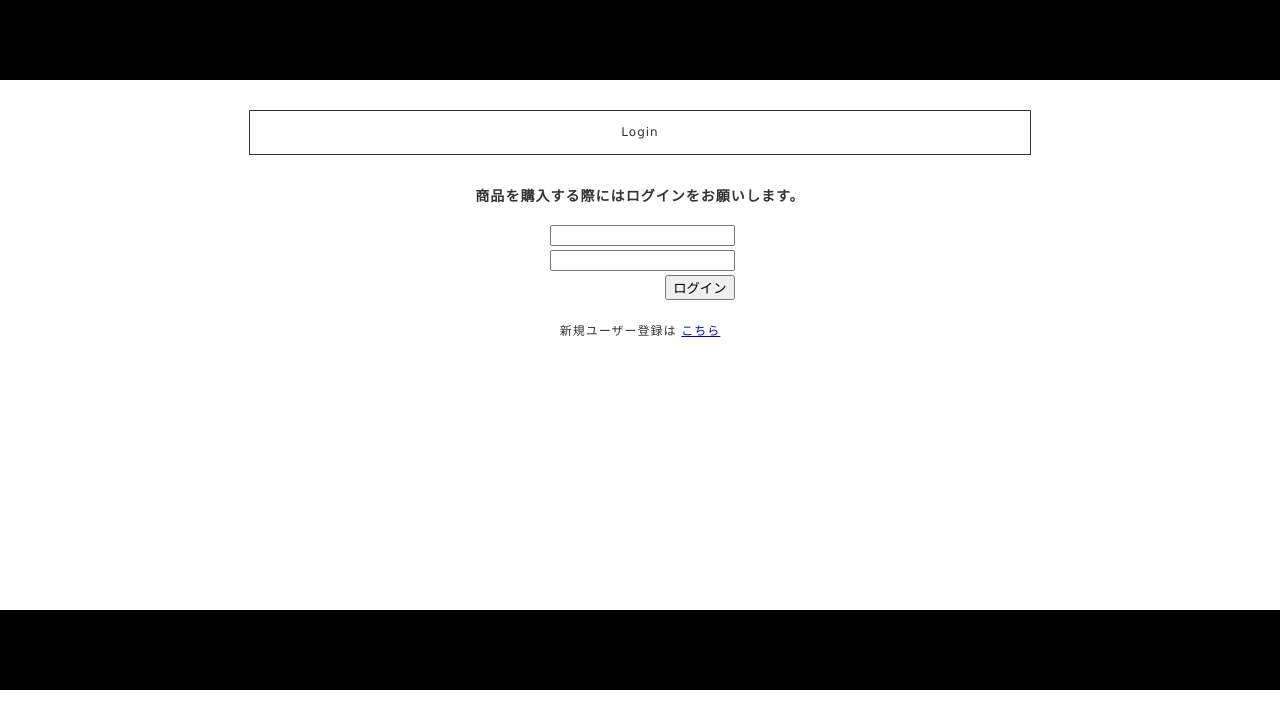
Repository: nyanya02/EC.Login1
Page: http://localhost/template/HomeAction.action
These files come from the project's save history. The page is drawn as it stood at one moment and after the next save; the edit follows.
The browser window is 1280 px wide. The pictures show the whole page.
The page is served by Tomcat 9. Other server files are loaded and not shown.

Above is the page before, as saved 2018-04-23 10:46:59.

### template/WebContent/login.jsp
<%@ page language="java" contentType="text/html; charset=UTF-8"
    pageEncoding="UTF-8"%>
<%@ taglib prefix="s" uri="/struts-tags" %>
<!DOCTYPE html>
<html>
<head>
<meta http-equiv="Content-Type" content="text/html; charset=UTF-8"/>
<meta http-equiv="Content-Style=Type" content="text/css"/>
<meta http-equiv="Content-Script-Type" content="text/javascript"/>
<meta http-equiv="imagetoolbar" content="no"/>
<meta name="description" content=""/>
<meta name="keywords" content=""/>
<title>Login画面</title>

<style type="text/css">
/*====TAG LAYOUT====*/
body{
margin:0;
padding:0;
line-height:1.6;
letter-spacing:1px;
font-family:Verdana,Helvetica,sans-serif;
font-size:12px;
color:#333;
background:#fff;
}

table{
text-align:center;
margin:0 auto;
}

/*====ID LAYOUT====*/
#top{
width:780px;
margin:30px auto;
border:1px solid #333;
}

#header{
width:100%;
height:80px;
background-color:black;
}

#main{
width:100%;
height:500px;
text-align:center;
}

#footer{
width:100%;
height:80px;
background-color:black;
clear:both;
}

</style>
</head>
<body>

	<div id="header">
		<div id="pr"></div>
	</div>

	<div id="main">
		<div id="top">
			<p>Login</p>
		</div>
		<div>
			<h3>商品を購入する際にはログインをお願いします。</h3>
			<s:form action="LoginAction">
				<s:textfield name="loginUserId"/>
				<s:password name="loginPassword"/>
				<s:submit value="ログイン"/>
			</s:form>

			<br/>

			<div>
				<span>新規ユーザー登録は
					<a href='<s:url action="UserCreateAction"/>'>こちら</a>
				</span>
			</div>
		</div>
	</div>

	<div id="footer">
		<div id="pr"></div>
	</div>

</body>
</html>

After the next save:
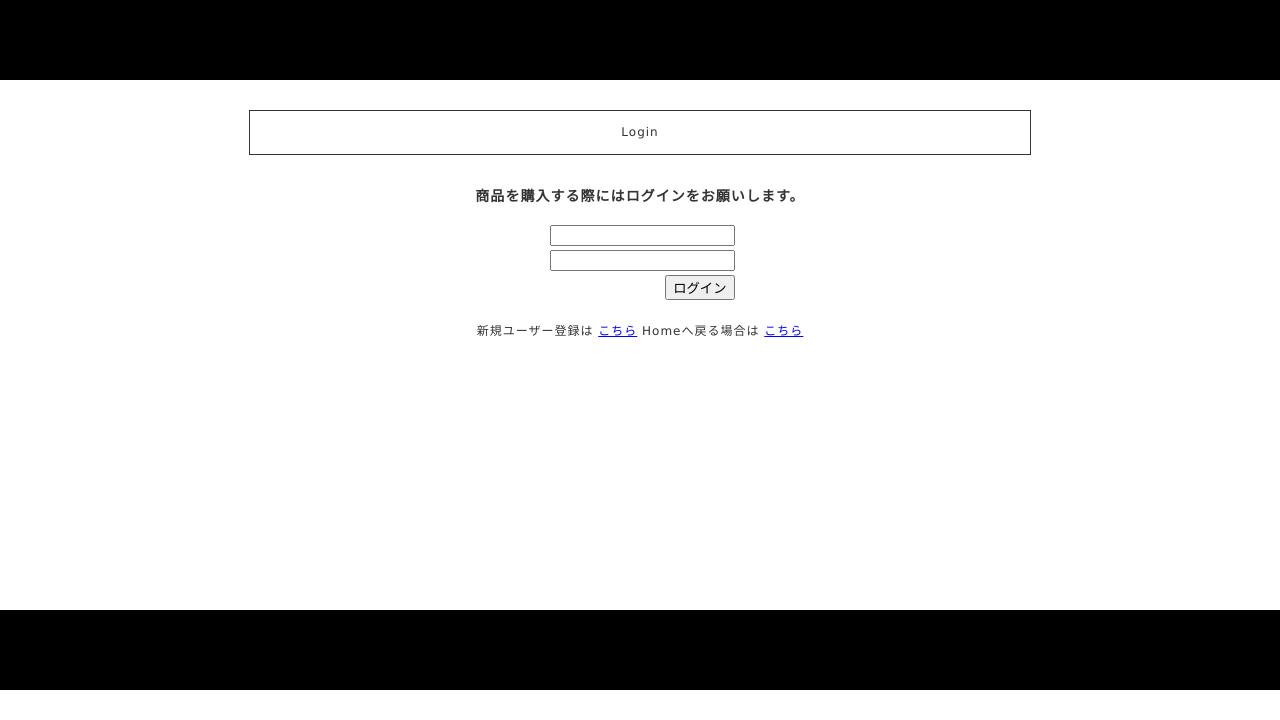
Saved 4 min 8 s later.
--- a/template/WebContent/login.jsp
+++ b/template/WebContent/login.jsp
@@ -56,6 +56,11 @@ background-color:black;
 clear:both;
 }
 
+#text-link{
+display:inline-block;
+text-align:right;
+}
+
 </style>
 </head>
 <body>
@@ -78,9 +83,12 @@ clear:both;
 
 			<br/>
 
-			<div>
+			<div id="text-link">
 				<span>新規ユーザー登録は
 					<a href='<s:url action="UserCreateAction"/>'>こちら</a>
+				</span>
+				<span>Homeへ戻る場合は
+					<a href='<s:url action="GoHomeAction"/>'>こちら</a>
 				</span>
 			</div>
 		</div>
